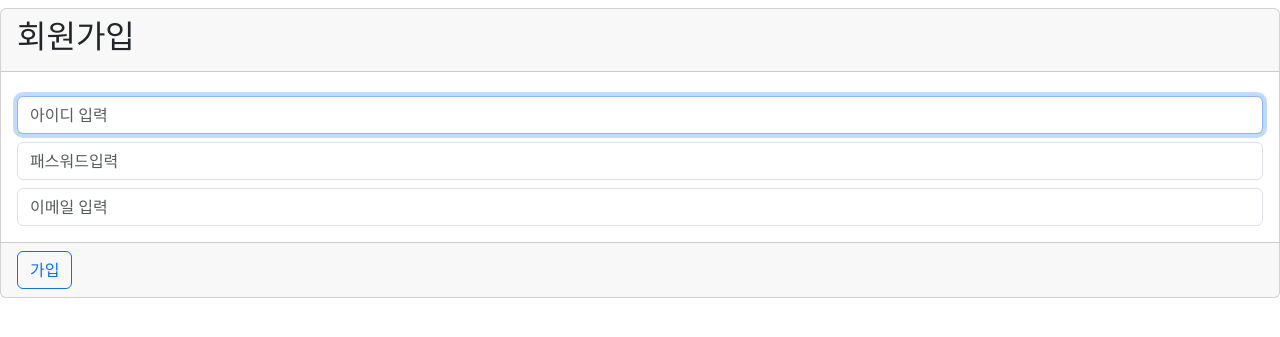
Repository: ldj0905/javaproject
Page: http://localhost/lab05_jsp/user/signup
An editor plug-in stored every save of this project. The page is shown before and after the next save, followed by the edit.
The browser window is 1280 px wide. The pictures show the whole page.
The page is served by Tomcat 10. Other server files are loaded and not shown.

Above is the page before, as saved 2024-05-30 10:03:31.

### lab05_jsp/src/main/webapp/WEB-INF/views/user/signup.jsp
<%@ page language="java" contentType="text/html; charset=UTF-8"
    pageEncoding="UTF-8" trimDirectiveWhitespaces="true"%>
<%@ taglib prefix="c" uri="jakarta.tags.core"%>
<!DOCTYPE html>
<html>
<head>
<meta charset="UTF-8">
<meta name="viewport" content="width=device-width, initial-scale=1">
<title>회원 가입</title>
<link
    href="https://cdn.jsdelivr.net/npm/bootstrap@5.3.3/dist/css/bootstrap.min.css"
    rel="stylesheet"
    integrity="sha384-QWTKZyjpPEjISv5WaRU9OFeRpok6YctnYmDr5pNlyT2bRjXh0JMhjY6hW+ALEwIH"
    crossorigin="anonymous">
</head>
<body>
    <!-- TODO: 회원 가입 양식(form) -->
    <main>
        <div class="mt-2 card">
            <div class="card-header">
                <h2>회원가입</h2>
            </div>
            <div class="card-body">
                <c:url var="signup" value="/post/list" />
                <form method="post" action="${signup}">

                    <div class="mt-2">
                        <input class="form-control" type="text"
                            name="userid" placeholder="아이디 입력" required
                            autofocus />
                        <!--autofocus가 뭐하는거임 -->
                    </div>
                    <div class="mt-2">
                        <input class="form-control" type="text"
                            name="password" placeholder="패스워드입력"
                            required></input>
                    </div>
                    <div class="mt-2">
                        <input class="form-control" type="text"
                            name="email" placeholder="이메일 입력" required />
                    </div>
                </form>
            </div>
                 <div class ="card-footer">
                    <c:url var="signup" value="/">
                        <c:param name="id" value="${post.id}"/>
                    </c:url>
                    <a class = "btn btn-outline-primary" href="${signup}" >가입</a>
                </div>
        </div>
    </main>
    <script
        src="https://cdn.jsdelivr.net/npm/bootstrap@5.3.3/dist/js/bootstrap.bundle.min.js"
        integrity="sha384-YvpcrYf0tY3lHB60NNkmXc5s9fDVZLESaAA55NDzOxhy9GkcIdslK1eN7N6jIeHz"
        crossorigin="anonymous"></script>
</body>
</html>

### lab05_jsp/src/main/java/com/itwill/lab05/web/UserSignUpController.java
package com.itwill.lab05.web;

import java.io.IOException;

import org.slf4j.Logger;
import org.slf4j.LoggerFactory;

import com.itwill.lab05.repository.User;
import com.itwill.lab05.service.UserService;

import jakarta.servlet.ServletException;
import jakarta.servlet.annotation.WebServlet;
import jakarta.servlet.http.HttpServlet;
import jakarta.servlet.http.HttpServletRequest;
import jakarta.servlet.http.HttpServletResponse;

@WebServlet (name = "userSignUpController", urlPatterns = {"/user/signup"})
public class UserSignUpController extends HttpServlet {
	private static final long serialVersionUID = 1L;
	private static final Logger log = LoggerFactory.getLogger(UserSignUpController.class);
	//controller는 service를 호출한다.

	private final UserService userService = UserService.INSTANCE;
	//TODO: 회원 가입에 필요한 요청 처리 메서드.


	@Override
	protected void doGet(HttpServletRequest req, HttpServletResponse resp) throws ServletException, IOException {
		log.debug("doGet()");
		req.getRequestDispatcher("/WEB-INF/views/user/signup.jsp").forward(req, resp);
	}
	@Override
	protected void doPost(HttpServletRequest req, HttpServletResponse resp) throws ServletException, IOException {
		log.debug("doPost");
		String userid = req.getParameter("userid");
		String password = req.getParameter("password");
		String email = req.getParameter("email");
		User user = User.builder().userid(userid).password(password).email(email).build();

		userService.create(user);
		String url = req.getContextPath() + "/signin";
		resp.sendRedirect(url);
	}
}

### lab05_jsp/src/main/java/com/itwill/lab05/repository/UserDao.java
package com.itwill.lab05.repository;

import java.sql.Connection;
import java.sql.PreparedStatement;
import java.sql.SQLException;

import org.slf4j.Logger;
import org.slf4j.LoggerFactory;

import com.itwill.lab05.datasource.DataSourceUtil;
import com.zaxxer.hikari.HikariDataSource;


// DAO(Data Access Object). 데이터베이스 CRUD. <= 하는역할 : create read update delete
public enum UserDao {
	INSTANCE;

	private static final Logger log = LoggerFactory.getLogger(UserDao.class);

	private final HikariDataSource ds = DataSourceUtil.getInstance().getDataSource(); // <- 얘 뭐하는애임?

	//TODO: users 테이블에 insert SQL 문장 & 메서드
	private static final String SQL_INSERT =
			"insert into posts (userid,password,email) values(?, ?, ?)";

	//insert source 만들기
	public int insert(User user) {
		log.debug("insert({})", user);
		log.debug(SQL_INSERT);

		Connection conn = null;
		PreparedStatement stmt = null;
		int result = 0;
		try {
			conn = ds.getConnection();
            stmt = conn.prepareStatement(SQL_INSERT);
            stmt.setString(1,user.getUserid());
            stmt.setString(2, user.getPassword());
            stmt.setString(3, user.getEmail());
            result = stmt.executeUpdate();
		}catch(SQLException e) {
			e.printStackTrace();
		}

		return result;
	}



}

After the next save:
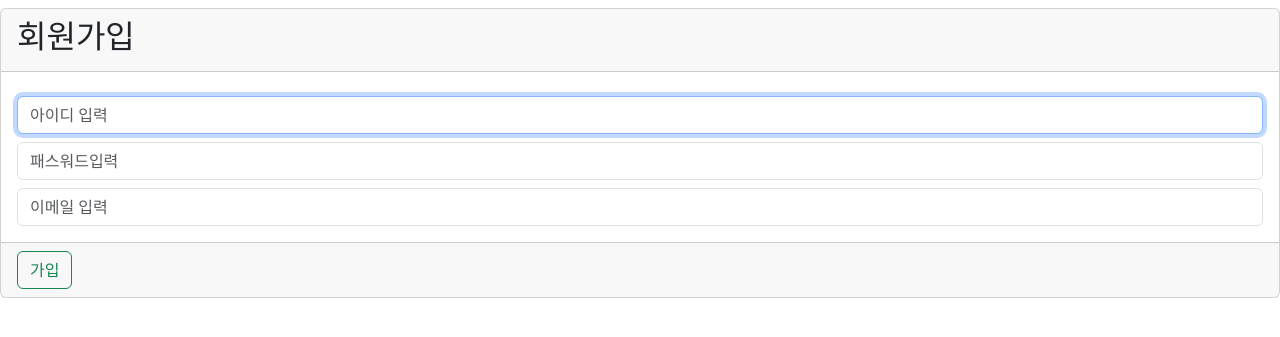
Saved 67 s later.
--- a/lab05_jsp/src/main/webapp/WEB-INF/views/user/signup.jsp
+++ b/lab05_jsp/src/main/webapp/WEB-INF/views/user/signup.jsp
@@ -45,7 +45,7 @@
                     <c:url var="signup" value="/">
                         <c:param name="id" value="${post.id}"/>
                     </c:url>
-                    <a class = "btn btn-outline-primary" href="${signup}" >가입</a>
+                   <input class="btn btn-outline-success"  type = "submit" value="가입"/>
                 </div>
         </div>
     </main>
